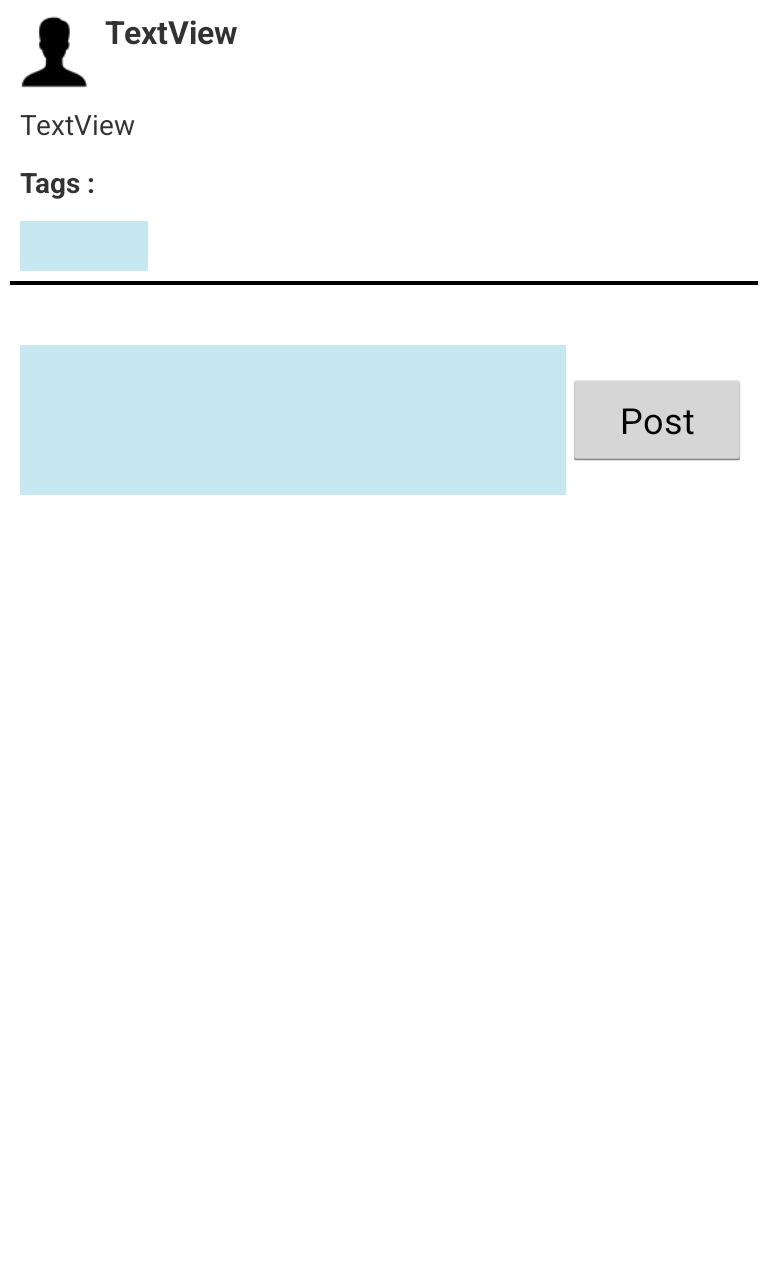
Repository: AdityaKiet/android-work2
Layout: UPTUQuestionBank/res/layout/explore_question.xml
The author's editor kept a copy of each file at every save. The layout is drawn from the files as they stood at one save, then again after the next save.
It is drawn on a 768 x 1280 px phone screen (xhdpi) without system bars, with theme AppTheme; the app's code is not run.

Above is the layout before, as saved 2015-04-25 13:54:02.

### UPTUQuestionBank/res/layout/explore_question.xml
<?xml version="1.0" encoding="utf-8"?>
<LinearLayout xmlns:android="http://schemas.android.com/apk/res/android"
    android:layout_width="fill_parent"
    android:layout_height="fill_parent"
    android:background="#ffffff"
    android:orientation="vertical" >

    <ScrollView
        android:layout_width="fill_parent"
        android:layout_height="wrap_content"
        android:layout_margin="5dp" >

        <LinearLayout
            android:layout_width="fill_parent"
            android:layout_height="wrap_content"
            android:orientation="vertical" >

            <LinearLayout
                android:layout_width="fill_parent"
                android:layout_height="wrap_content"
                android:orientation="horizontal" >

                <ImageView
                    android:id="@+id/imgExploreQuestionUser"
                    android:layout_width="wrap_content"
                    android:layout_height="wrap_content"
                    android:src="@drawable/person" />

                <TextView
                    android:id="@+id/txtExploreQuestionTitle"
                    android:layout_width="wrap_content"
                    android:layout_height="wrap_content"
                    android:layout_marginLeft="5dp"
                    android:text="TextView"
                    android:textSize="16sp"
                    android:textStyle="bold" />
            </LinearLayout>

            <TextView
                android:id="@+id/txtExploreQuestionContent"
                android:layout_width="fill_parent"
                android:layout_height="wrap_content"
                android:layout_margin="5dp"
                android:text="TextView" />


            <TextView
                android:id="@+id/txtExploreQuestionTags"
                android:layout_width="wrap_content"
                android:layout_height="wrap_content"
                android:layout_alignParentRight="true"
                android:layout_marginBottom="5dp"
                android:layout_marginLeft="5dp"
                android:layout_marginTop="5dp"
                android:text="Tags : "
                android:textSize="14sp"
                android:textStyle="bold" />

            <Button
                android:id="@+id/btnLike"
                android:layout_width="wrap_content"
                android:layout_height="25sp"
                android:layout_marginLeft="5dp"
                android:background="#C7E8F1"
                android:textSize="14sp"
                android:text=""
                android:layout_marginTop="5dp"
                android:textStyle="bold" />

            <View
                android:layout_width="fill_parent"
                android:layout_height="2dp"
                android:layout_marginBottom="10dp"
                android:layout_marginTop="5dp"
                android:background="#000000" />

            <LinearLayout
                android:id="@+id/linearAnswers"
                android:layout_width="fill_parent"
                android:layout_height="wrap_content"
                android:layout_marginTop="10dp"
                android:orientation="vertical" >
            </LinearLayout>

            <LinearLayout
                android:layout_width="fill_parent"
                android:layout_height="75dp"
                android:layout_marginLeft="5dp"
                android:layout_marginRight="5dp"
                android:layout_marginTop="10dp"
                android:orientation="horizontal"
                android:weightSum="1" >

                <EditText
                    android:id="@+id/etPostAnswer"
                    android:layout_width="0dip"
                    android:layout_height="match_parent"
                    android:layout_weight="0.75"
                    android:background="#C7E8F1" />

                <Button
                    android:id="@+id/btnPostAnswer"
                    android:layout_width="0dip"
                    android:layout_height="wrap_content"
                    android:layout_weight="0.25"
                    android:text="Post" />
            </LinearLayout>
        </LinearLayout>
    </ScrollView>

</LinearLayout>

Loaded but not shown: UPTUQuestionBank/res/values/styles.xml (common file); UPTUQuestionBank/res/values-v11/styles.xml (common file); UPTUQuestionBank/res/values-v14/styles.xml (common file)

After the next save:
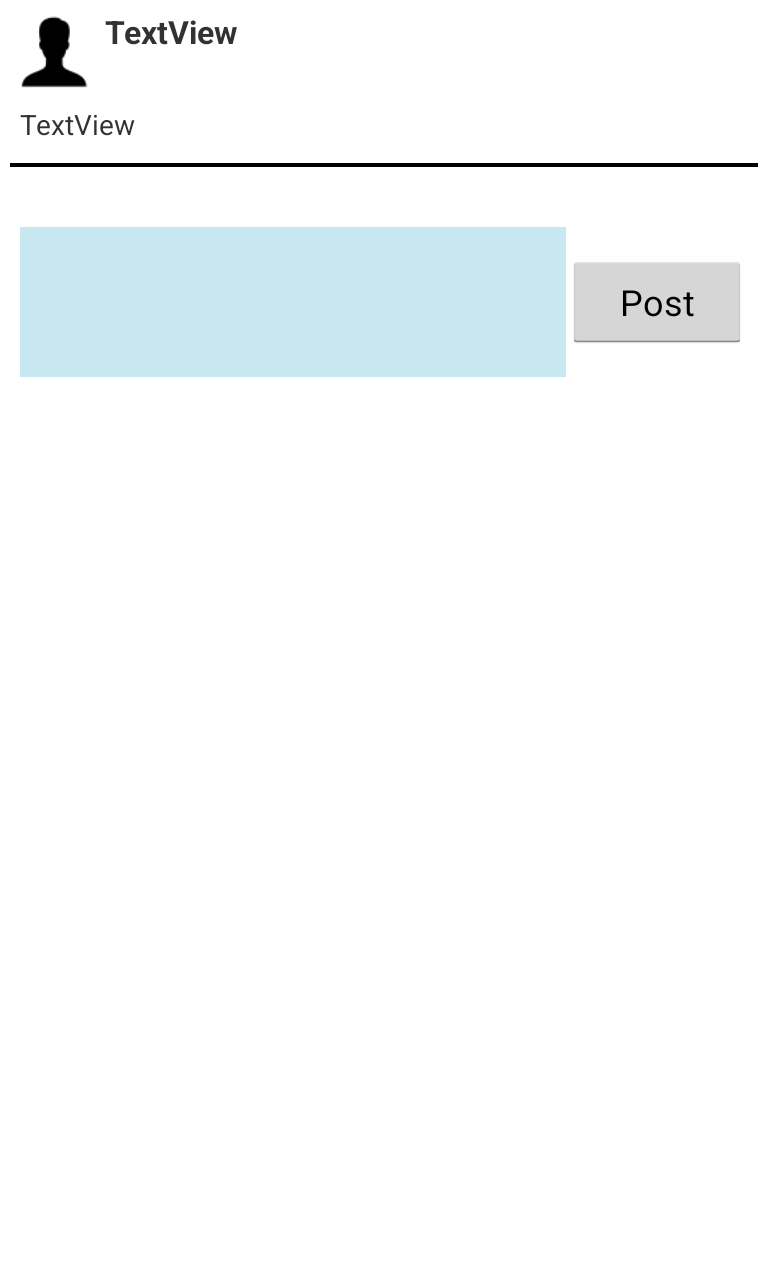
Saved 10 s later.
--- a/UPTUQuestionBank/res/layout/explore_question.xml
+++ b/UPTUQuestionBank/res/layout/explore_question.xml
@@ -44,28 +44,8 @@
                 android:text="TextView" />
 
 
-            <TextView
-                android:id="@+id/txtExploreQuestionTags"
-                android:layout_width="wrap_content"
-                android:layout_height="wrap_content"
-                android:layout_alignParentRight="true"
-                android:layout_marginBottom="5dp"
-                android:layout_marginLeft="5dp"
-                android:layout_marginTop="5dp"
-                android:text="Tags : "
-                android:textSize="14sp"
-                android:textStyle="bold" />
 
-            <Button
-                android:id="@+id/btnLike"
-                android:layout_width="wrap_content"
-                android:layout_height="25sp"
-                android:layout_marginLeft="5dp"
-                android:background="#C7E8F1"
-                android:textSize="14sp"
-                android:text=""
-                android:layout_marginTop="5dp"
-                android:textStyle="bold" />
+
 
             <View
                 android:layout_width="fill_parent"
